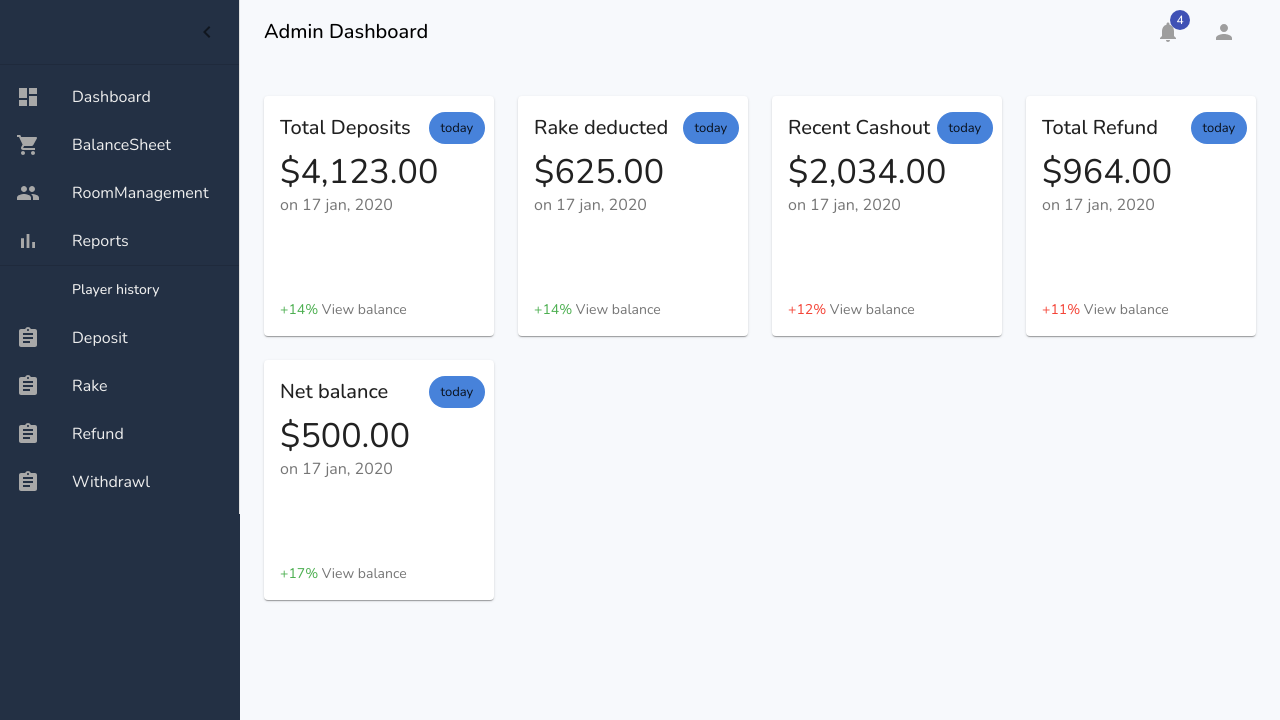
Repository: imayankbisht/ludofrontend
Page: /Dashboard
An editor plug-in stored every save of this project. The page is shown before and after a run of saves, followed by the edit.
The browser window is 1280 px wide. The pictures show the whole page.
The project was rebuilt for these pictures with package versions that can differ from the ones it lists, and the page was loaded fresh each time. Also part of the build but not shown: src/Components/UserControl.js, src/services/apiCall.js, src/Components/UserTable.js, src/Components/UserManagement.js, src/axios.js, src/Components/login.js, src/Components/UserForm.js, src/Components/EditForm.js.

Above is the page before, as saved 2021-01-19 17:53:58.

### src/App.js
import React from 'react';
import './App.css';
import {
  BrowserRouter as Router,
  Switch,
  Route,
 Redirect
} from "react-router-dom";
// import SignInOutContainer from './containers';
import Dashboard from './Components/Dashboard';
import Login from './Components/login';
// import RoomManagement from './Container/RoomManagement';
import UserManagement from './Components/UserManagement';
import UserForm from './Components/UserForm';
import EditForm from './Components/EditForm';
 function App() {
  return (
    <div className="App">
  <Router >
    <Switch>
      <Route path="/login" component={Login} />
      <Route path="/Dashboard" component={Dashboard} />
      {/* <Route path="/RoomManagement" component={RoomManagement} /> */}
      <Route  path="/UserManagement" render={props =><UserManagement {...props} />} />
                <Route  path="/create" render={props =>(
                    <UserForm heading="Create Room" />
                )}/>
                <Route exact path="/api/edit/:id" render={props =>{
                    return(
                        <EditForm {...props}/>
                    )
                }}/>

      <Redirect from="/" to="/login" />
    </Switch>
  </Router>
      </div>
  );
}


export default App;

### src/App.css
.App {
  /* text-align: center; */

}

.App-logo {
  height: 40vmin;
  pointer-events: none;
}

@media (prefers-reduced-motion: no-preference) {
  .App-logo {
    animation: App-logo-spin infinite 20s linear;
  }
}

.App-header {
  background-color: #282c34;
  min-height: 100vh;
  display: flex;
  flex-direction: column;
  align-items: center;
  justify-content: center;
  font-size: calc(10px + 2vmin);
  color: white;
}

.App-link {
  color: #61dafb;
}

@keyframes App-logo-spin {
  from {
    transform: rotate(0deg);
  }
  to {
    transform: rotate(360deg);
  }
}

### src/Components/Dashboard.js
import React from 'react';
import clsx from 'clsx';
import { makeStyles } from '@material-ui/core/styles';
import CssBaseline from '@material-ui/core/CssBaseline';
import Drawer from '@material-ui/core/Drawer';
import Box from '@material-ui/core/Box';
import AppBar from '@material-ui/core/AppBar';
import Toolbar from '@material-ui/core/Toolbar';
import List from '@material-ui/core/List';
import Typography from '@material-ui/core/Typography';
import Divider from '@material-ui/core/Divider';
import IconButton from '@material-ui/core/IconButton';
import Badge from '@material-ui/core/Badge';
import Container from '@material-ui/core/Container';
import Grid from '@material-ui/core/Grid';
import Paper from '@material-ui/core/Paper';
// import Link from '@material-ui/core/Link';
import MenuIcon from '@material-ui/icons/Menu';
import ChevronLeftIcon from '@material-ui/icons/ChevronLeft';
import NotificationsIcon from '@material-ui/icons/Notifications';
import { mainListItems} from './listItems';
import Deposits from './Cards/Deposits';
import MenuItem from "@material-ui/core/MenuItem";
import MenuList from "@material-ui/core/MenuList";
import Hidden from "@material-ui/core/Hidden";
import Grow from "@material-ui/core/Grow";
import Poppers from "@material-ui/core/Popper";
import ClickAwayListener from "@material-ui/core/ClickAwayListener";
import Person from "@material-ui/icons/Person";
import classNames from "classnames";
import Button from "@material-ui/core/Button";
import {Link, Redirect} from 'react-router-dom';
import "typeface-nunito";
import  Cashout from './Cards/Cashout';
import Netbalance from './Cards/Netbalance';
import Rake from './Cards/Rake';
import Refund from './Cards/Refund';
import UserManagement from './UserManagement';
import routes from '../routes'
import { Switch, Route} from "react-router-dom";

import { ThemeProvider, createMuiTheme } from '@material-ui/core/styles';
const theme = createMuiTheme({

  typography: {
      fontFamily: [
        'Nunito',
        'serif',
      ].join(','),
  },
});
const switchRoutes = (
  <Switch>
    {routes.map((prop) => {
      if (prop.layout === "/Usermanagement") {
        return (
          <Route
            path={prop.layout}
            component={prop.component}

          />
        );
      }
      return null;
    })}

  </Switch>
);
const drawerWidth = 240;

const useStyles = makeStyles((theme) => ({
  root: {
    display: 'flex',
  },
  toolbar: {
    paddingRight: 24, // keep right padding when drawer closed
  },
  toolbarIcon: {
    display: 'flex',
    alignItems: 'center',
    justifyContent: 'flex-end',
    padding: '0 8px',
    ...theme.mixins.toolbar,
  },
  appBar: {
    zIndex: theme.zIndex.drawer + 1,
    transition: theme.transitions.create(['width', 'margin'], {
      easing: theme.transitions.easing.sharp,
      duration: theme.transitions.duration.leavingScreen,
    }),
  },
  appBarShift: {
    marginLeft: drawerWidth,
    width: `calc(100% - ${drawerWidth}px)`,
    transition: theme.transitions.create(['width', 'margin'], {
      easing: theme.transitions.easing.sharp,
      duration: theme.transitions.duration.enteringScreen,
    }),
  },
  menuButton: {
    marginRight: 36,
  },
  menuButtonHidden: {
    display: 'none',
  },
  title: {
    flexGrow: 1,
  },
  drawerPaper: {
    position: 'relative',
    whiteSpace: 'nowrap',
    width: drawerWidth,
    transition: theme.transitions.create('width', {
      easing: theme.transitions.easing.sharp,
      duration: theme.transitions.duration.enteringScreen,
    }),
  },
  drawerPaperClose: {
    overflowX: 'hidden',
    transition: theme.transitions.create('width', {
      easing: theme.transitions.easing.sharp,
      duration: theme.transitions.duration.leavingScreen,
    }),
    width: theme.spacing(7),
    [theme.breakpoints.up('sm')]: {
      width: theme.spacing(9),
    },
  },
  appBarSpacer: theme.mixins.toolbar,
  content: {
    flexGrow: 1,
    height: '100vh',
    overflow: 'auto',
  },
  container: {
    paddingTop: theme.spacing(4),
    paddingBottom: theme.spacing(4),
  },
  paper: {
    padding: theme.spacing(2),
    display: 'flex',
    overflow: 'auto',
    flexDirection: 'column',
  },
  fixedHeight: {
    height: 240,
  },
}));

 function Dashboard() {
  const classes = useStyles();
  const [open, setOpen] = React.useState(true);
  const [openProfile, setOpenProfile] = React.useState(null);
  const handleClickProfile = event => {
    if (openProfile && openProfile.contains(event.target)) {
      setOpenProfile(null);
    } else {
      setOpenProfile(event.currentTarget);
    }
  };
  const handleCloseProfile = () => {
    setOpenProfile(null);
  };
  const handleDrawerOpen = () => {
    setOpen(true);
  };
  const handleDrawerClose = () => {
    setOpen(false);
  };
  const fixedHeightPaper = clsx(classes.paper, classes.fixedHeight);

  return (
    <ThemeProvider theme={theme}>
    <div className={classes.root}>
      <CssBaseline />
      <AppBar position="absolute" style={{ background: '#f7f9fc',color:'black',boxShadow: "none" }} className={clsx(classes.appBar, open && classes.appBarShift)}>
        <Toolbar className={classes.toolbar}>
          <IconButton
            edge="start"
            color="inherit"
            aria-label="open drawer"
            onClick={handleDrawerOpen}
            className={clsx(classes.menuButton, open && classes.menuButtonHidden)}
          >
            <MenuIcon />
          </IconButton>

          <Typography component="h1" variant="h6"  color="inherit" noWrap className={classes.title}>
          Admin Dashboard
          </Typography>

          <IconButton style={{ color: '#9e9e9e'}} color="inherit">
            <Badge badgeContent={4}  color="primary">
              <NotificationsIcon  />
            </Badge>
          </IconButton>
          <Button
          color={window.innerWidth > 959 ? "transparent" : "white"}
          justIcon={window.innerWidth > 959}
          simple={!(window.innerWidth > 959)}
          aria-owns={openProfile ? "profile-menu-list-grow" : null}
          aria-haspopup="true"
          onClick={handleClickProfile}
          className={classes.buttonLink}
        >
          <Person style={{ color: '#9e9e9e'}} className={classes.icons} />
          <Hidden mdUp implementation="css">
            <p className={classes.linkText}>Profile</p>
          </Hidden>
        </Button>
        <Poppers
          open={Boolean(openProfile)}
          anchorEl={openProfile}
          transition
          disablePortal
          className={
            classNames({ [classes.popperClose]: !openProfile }) +
            " " +
            classes.popperNav
          }
        >
          {({ TransitionProps, placement }) => (
            <Grow
              {...TransitionProps}
              id="profile-menu-list-grow"
              style={{
                transformOrigin:
                  placement === "bottom" ? "center top" : "center bottom"
              }}
            >
              <Paper>
                <ClickAwayListener onClickAway={handleCloseProfile}>
                  <MenuList role="menu">
                    <MenuItem
                      onClick={handleCloseProfile}
                      className={classes.dropdownItem}
                    >
                      Profile
                    </MenuItem>
                    <MenuItem
                      onClick={handleCloseProfile}
                      className={classes.dropdownItem}
                    >
                      Settings
                    </MenuItem>
                    <Divider light />
                    <Link style={{color:'black', textDecoration:'none'}} to="login">
                    <MenuItem
                      onClick={handleCloseProfile}
                      className={classes.dropdownItem}
                    >
                      Logout
                    </MenuItem>
                    </Link>
                  </MenuList>
                </ClickAwayListener>
              </Paper>
            </Grow>
          )}
        </Poppers>
        </Toolbar>
      </AppBar>
     <Box bgcolor="#233044">
     <Drawer
        variant="permanent"
        classes={{
          paper: clsx(classes.drawerPaper, !open && classes.drawerPaperClose),
        }}
        open={open}
      >
        <Box bgcolor="#233044">
        <div className={classes.toolbarIcon}>
          <IconButton onClick={handleDrawerClose}>
            <ChevronLeftIcon />
          </IconButton>
        </div>
        <Divider />
        <List>{mainListItems}</List>
        </Box>
        {/* <List>{secondaryListItems}</List> */}
      </Drawer>
     </Box>
      <main style={{ background: '#f7f9fc'}} className={classes.content}>
        <div className={classes.appBarSpacer} />
        <Container maxWidth="lg" className={classes.container}>
          <Grid container spacing={3}>

            <Grid item xs={12} md={4} lg={3}>
              <Paper className={fixedHeightPaper}>
                <Deposits />
              </Paper>
            </Grid>

            <Grid item xs={12} md={4} lg={3}>
              <Paper className={fixedHeightPaper}>
                <Rake />
              </Paper>
            </Grid>
            <Grid item xs={12} md={4} lg={3}>
              <Paper className={fixedHeightPaper}>
                <Cashout />
              </Paper>
            </Grid>

            <Grid item xs={12} md={4} lg={3}>
              <Paper className={fixedHeightPaper}>
                <Refund />
              </Paper>
            </Grid>
            <Grid item xs={12} md={4} lg={3}>
              <Paper className={fixedHeightPaper}>
                <Netbalance />
              </Paper>
            </Grid>


          </Grid>

        </Container>
      </main>
    </div>
    </ThemeProvider>
  );
}
export default Dashboard;

### src/Components/listItems.js
import React from 'react';
import ListItem from '@material-ui/core/ListItem';
import ListItemIcon from '@material-ui/core/ListItemIcon';
import ListItemText from '@material-ui/core/ListItemText';
import ListSubheader from '@material-ui/core/ListSubheader';
import DashboardIcon from '@material-ui/icons/Dashboard';
import ShoppingCartIcon from '@material-ui/icons/ShoppingCart';
import PeopleIcon from '@material-ui/icons/People';
import BarChartIcon from '@material-ui/icons/BarChart';
import LayersIcon from '@material-ui/icons/Layers';
import AssignmentIcon from '@material-ui/icons/Assignment';
import Box from '@material-ui/core/Box';
import Divider from '@material-ui/core/Divider';
import "typeface-nunito";
import { ThemeProvider, createMuiTheme } from '@material-ui/core/styles';
import { Button} from '@material-ui/core';
import {Link} from 'react-router-dom';
const theme = createMuiTheme({

  typography: {
      fontFamily: [
        'Nunito',
        'serif',
      ].join(','),
  },
});
export const mainListItems = (
  // <Box bgcolor="lightgray">
  <ThemeProvider theme={theme}>
  <div>

   <ListItem button>
      <ListItemIcon>
        <DashboardIcon  style={{ color: '#a8a8a8'}}/>
      </ListItemIcon>
      <ListItemText style={{ color: '#eeeeee'}}  primary="Dashboard" />
    </ListItem>
    <ListItem button>
      <ListItemIcon>
        <ShoppingCartIcon style={{ color: '#a8a8a8'}}/>
      </ListItemIcon>
      <ListItemText style={{ color: '#eeeeee'}} primary="BalanceSheet" />
    </ListItem>
    <ListItem button>
      <ListItemIcon>
        <PeopleIcon style={{ color: '#a8a8a8'}} />
      </ListItemIcon>
      <Link style={{ textDecoration:'none'}}to="/UserManagement">

      <ListItemText style={{ color: '#eeeeee'}} primary="RoomManagement" />
      </Link>
    </ListItem>
    <ListItem button>
      <ListItemIcon>
        <BarChartIcon style={{ color: '#a8a8a8'}} />
      </ListItemIcon>
      <ListItemText style={{ color: '#eeeeee'}} primary="Reports" />
    </ListItem>
    <Divider />
    <ListSubheader style={{ color: '#eeeeee'}} inset>Player history</ListSubheader>
    <ListItem button>
      <ListItemIcon>
        <AssignmentIcon style={{ color: '#a8a8a8'}} />
      </ListItemIcon>
      <ListItemText style={{ color: '#eeeeee'}} primary="Deposit" />
    </ListItem>
    <ListItem button>
      <ListItemIcon>
        <AssignmentIcon style={{ color: '#a8a8a8'}} />
      </ListItemIcon>
      <ListItemText style={{ color: '#eeeeee'}} primary="Rake" />
    </ListItem>
    <ListItem button>
      <ListItemIcon>
        <AssignmentIcon style={{ color: '#a8a8a8'}} />
      </ListItemIcon>
      <ListItemText style={{ color: '#eeeeee'}} primary="Refund" />
    </ListItem>
    <ListItem button>
      <ListItemIcon>
        <AssignmentIcon style={{ color: '#a8a8a8'}} />
      </ListItemIcon>
      <ListItemText style={{ color: '#eeeeee'}} primary="Withdrawl" />
    </ListItem>


  </div>
  </ThemeProvider>

);

### src/Components/Cards/Deposits.js
import React from 'react';
import Link from '@material-ui/core/Link';
import { makeStyles } from '@material-ui/core/styles';
import Typography from '@material-ui/core/Typography';
import Title from '../Title';
import { Grid } from '@material-ui/core';
import Chip from '@material-ui/core/Chip';

function preventDefault(event) {
  event.preventDefault();
}

const useStyles = makeStyles({
  depositContext: {
    flex: 1,
  },
});

export default function Deposits() {
  const classes = useStyles();
  return (
    <React.Fragment>
      <Grid container>
            <Grid item xs={12} md={4} lg={9}>
            <Title >Total Deposits  </Title>

            </Grid>
            <Grid item xs={12} md={4} lg={3}>
            <Chip label="today" style={{backgroundColor:'#4782da'}}/>
            </Grid>
        </Grid>
      <Typography component="p" variant="h4">
        $4,123.00
      </Typography>
      <Typography color="textSecondary" className={classes.depositContext}>
      on 17 jan, 2020
      </Typography>
      <div>
        <Link color="textSecondary" href="#" onClick={preventDefault}>
        <span style={{color:"#4caf50"}}> +14%</span>  View balance
        </Link>
      </div>
    </React.Fragment>
  );
}

### src/Components/Cards/Cashout.js
import React from 'react';
import Link from '@material-ui/core/Link';
import { makeStyles } from '@material-ui/core/styles';
import Typography from '@material-ui/core/Typography';
import Title from '../Title';
import Chip from '@material-ui/core/Chip';
import { Grid } from '@material-ui/core';

function preventDefault(event) {
  event.preventDefault();
}

const useStyles = makeStyles({
  depositContext: {
    flex: 1,
  },
});

export default function Cashout() {
  const classes = useStyles();
  return (
    <React.Fragment>
        <Grid container>
            <Grid item xs={12} md={4} lg={9}>
            <Title >Recent Cashout  <span></span></Title>

            </Grid>
            <Grid item xs={12} md={4} lg={3}>
            <Chip label="today" style={{backgroundColor:'#4782da'}} />
            </Grid>
        </Grid>


      <Typography component="p" variant="h4">
        $2,034.00
      </Typography>
      <Typography color="textSecondary" className={classes.depositContext}>
      on 17 jan, 2020
      </Typography>
      <div>
        <Link color="textSecondary" href="#" onClick={preventDefault}>
        <span style={{color:"#f44336"}}> +12%</span>  View balance
        </Link>
      </div>
    </React.Fragment>
  );
}

### src/Components/Cards/Netbalance.js
import React from 'react';
import Link from '@material-ui/core/Link';
import { makeStyles } from '@material-ui/core/styles';
import Typography from '@material-ui/core/Typography';
import Title from '../Title';
import { Grid } from '@material-ui/core';
import Chip from '@material-ui/core/Chip';

function preventDefault(event) {
  event.preventDefault();
}

const useStyles = makeStyles({
  depositContext: {
    flex: 1,
  },
});

export default function Netbalance() {
  const classes = useStyles();
  return (
    <React.Fragment>
      <Grid container>
            <Grid item xs={12} md={4} lg={9}>
            <Title >Net balance  <span></span></Title>

            </Grid>
            <Grid item xs={12} md={4} lg={3}>
            <Chip label="today" style={{backgroundColor:'#4782da'}} />
            </Grid>
        </Grid>
      <Typography component="p" variant="h4">
        $500.00
      </Typography>
      <Typography color="textSecondary" className={classes.depositContext}>
      on 17 jan, 2020
      </Typography>
      <div>
        <Link color="textSecondary" href="#" onClick={preventDefault}>
        <span style={{color:"#4caf50"}}> +17%</span>  View balance
        </Link>
      </div>
    </React.Fragment>
  );
}

### src/Components/Cards/Rake.js
import React from 'react';
import Link from '@material-ui/core/Link';
import { makeStyles } from '@material-ui/core/styles';
import Typography from '@material-ui/core/Typography';
import Title from '../Title';
import { Grid } from '@material-ui/core';
import Chip from '@material-ui/core/Chip';

function preventDefault(event) {
  event.preventDefault();
}

const useStyles = makeStyles({
  depositContext: {
    flex: 1,
  },
});

export default function Rake() {
  const classes = useStyles();
  return (
    <React.Fragment>
     <Grid container>
            <Grid item xs={12} md={4} lg={9}>
            <Title >Rake deducted <span></span></Title>

            </Grid>
            <Grid item xs={12} md={4} lg={3}>
            <Chip label="today" style={{backgroundColor:'#4782da'}}/>
            </Grid>
        </Grid>
      <Typography component="p" variant="h4">
        $625.00
      </Typography>
      <Typography color="textSecondary" className={classes.depositContext}>
      on 17 jan, 2020
      </Typography>
      <div>
        <Link color="textSecondary" href="#" onClick={preventDefault}>
        <span style={{color:"#4caf50"}}> +14%</span>  View balance
        </Link>
      </div>
    </React.Fragment>
  );
}

### src/Components/Cards/Refund.js
import React from 'react';
import Link from '@material-ui/core/Link';
import { makeStyles } from '@material-ui/core/styles';
import Typography from '@material-ui/core/Typography';
import Title from '../Title';
import { Grid } from '@material-ui/core';
import Chip from '@material-ui/core/Chip';

function preventDefault(event) {
  event.preventDefault();
}

const useStyles = makeStyles({
  depositContext: {
    flex: 1,
  },
});

export default function Refund() {
  const classes = useStyles();
  return (
    <React.Fragment>

     <Grid container>
            <Grid item xs={12} md={4} lg={9}>
            <Title >Total Refund  <span></span></Title>

            </Grid>
            <Grid item xs={12} md={4} lg={3}>
            <Chip label="today"  style={{backgroundColor:'#4782da'}} />
            </Grid>
        </Grid>
      <Typography component="p" variant="h4">
        $964.00
      </Typography>
      <Typography color="textSecondary" className={classes.depositContext}>
        on 17 jan, 2020
      </Typography>
      <div>
        <Link color="textSecondary" href="#" onClick={preventDefault}>
        <span style={{color:"#f44336"}}> +11%</span>  View balance
        </Link>
      </div>

    </React.Fragment>
  );
}

### src/routes.js
import Dashboard from "@material-ui/icons/Dashboard";
import Person from "@material-ui/icons/Person";
import LibraryBooks from "@material-ui/icons/LibraryBooks";
import BubbleChart from "@material-ui/icons/BubbleChart";
import LocationOn from "@material-ui/icons/LocationOn";
import Notifications from "@material-ui/icons/Notifications";
import Unarchive from "@material-ui/icons/Unarchive";
import Language from "@material-ui/icons/Language";
// core components/views for Admin layout
import UserManagement from './Components/UserManagement';

const routes = [
  {
    path: "/UserManagement",
    name: "room",


    component: UserManagement,
    layout: "/UserManagement"
  }
];

export default routes;

### src/Components/Title.js
import React from 'react';
import PropTypes from 'prop-types';
import Typography from '@material-ui/core/Typography';
import "typeface-nunito";
import { ThemeProvider, createMuiTheme } from '@material-ui/core/styles';
const theme = createMuiTheme({
  typography: {
    fontFamily: [
      'nunito',
      'serif',
    ].join(','),
},});
export default function Title(props) {
  return (
   <ThemeProvider theme={theme}>
      <Typography component="h2" variant="h6" color="textsecondary" gutterBottom>
      {props.children}
    </Typography>
   </ThemeProvider>
  );
}

Title.propTypes = {
  children: PropTypes.node,
};

Loaded but not shown: public/index.html (common file); src/index.js (common file); src/index.css (common file); src/serviceWorker.js (common file)

After the next 2 saves:
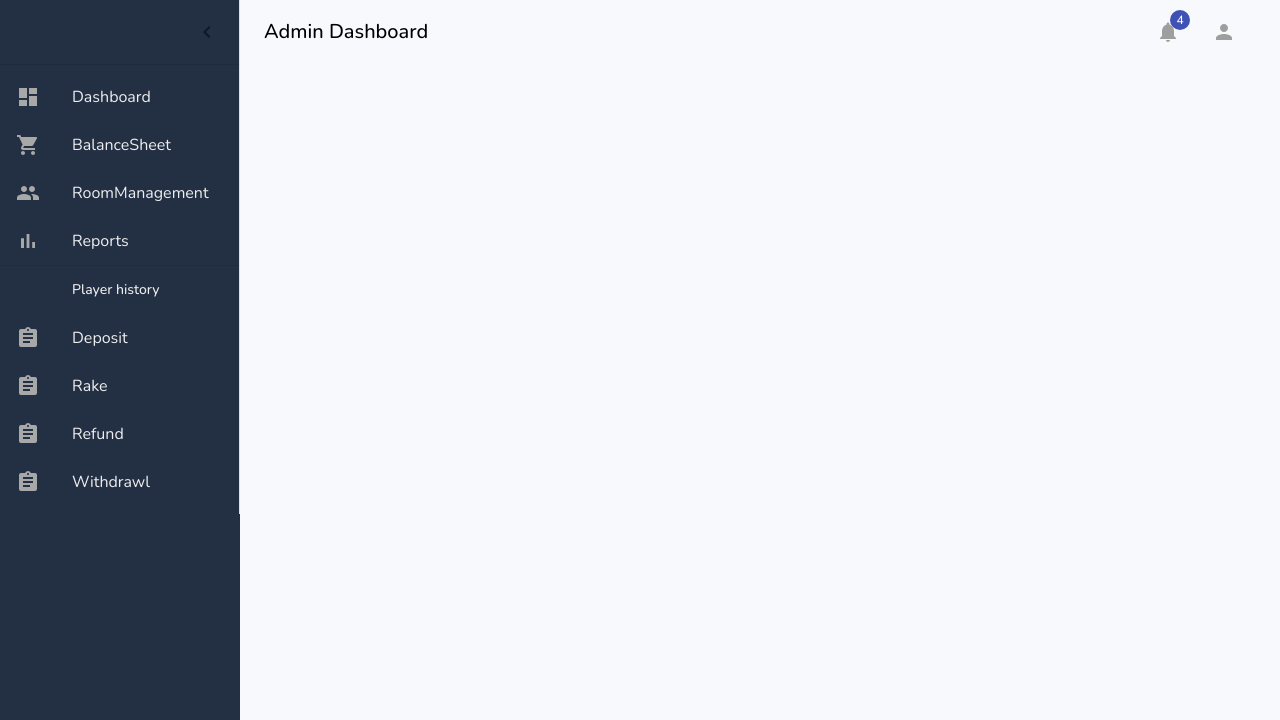
The 2 saves are shown as one change because they came seconds apart.
The last was saved 7 s later.
--- a/src/Components/Dashboard.js
+++ b/src/Components/Dashboard.js
@@ -285,35 +285,35 @@ const useStyles = makeStyles((theme) => ({
         <Container maxWidth="lg" className={classes.container}>
           <Grid container spacing={3}>
 
+            {/* <Grid item xs={12} md={4} lg={3}>
+              <Paper className={fixedHeightPaper}>
+                <Deposits />
+              </Paper>
+            </Grid>
+
             <Grid item xs={12} md={4} lg={3}>
               <Paper className={fixedHeightPaper}>
-                <Deposits />
-              </Paper>
-            </Grid>
-
+                <Rake />
+              </Paper>
+            </Grid>
             <Grid item xs={12} md={4} lg={3}>
               <Paper className={fixedHeightPaper}>
-                <Rake />
-              </Paper>
-            </Grid>
+                <Cashout />
+              </Paper>
+            </Grid>
+
             <Grid item xs={12} md={4} lg={3}>
               <Paper className={fixedHeightPaper}>
-                <Cashout />
-              </Paper>
-            </Grid>
-
+                <Refund />
+              </Paper>
+            </Grid>
             <Grid item xs={12} md={4} lg={3}>
               <Paper className={fixedHeightPaper}>
-                <Refund />
-              </Paper>
-            </Grid>
-            <Grid item xs={12} md={4} lg={3}>
-              <Paper className={fixedHeightPaper}>
                 <Netbalance />
               </Paper>
             </Grid>
-
-
+            */}
+            {switchRoutes}
           </Grid>
 
         </Container>
